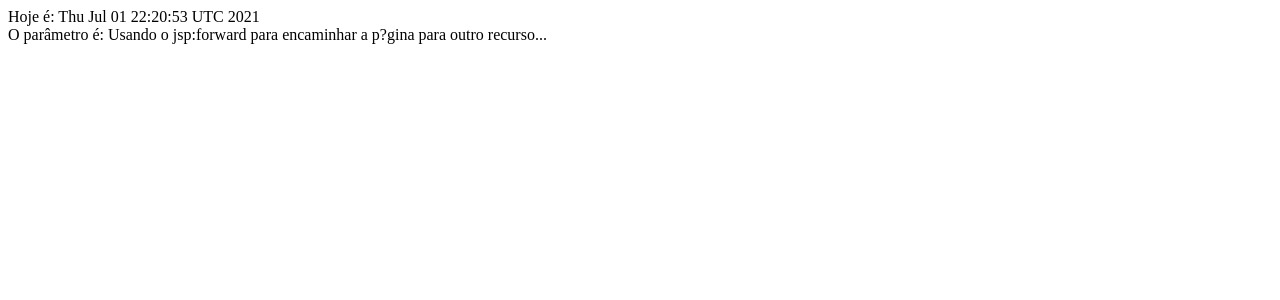
Repository: diegosena7/EstudosJSP
Page: http://localhost/UsandoTagForward_JSP/
These files come from the project's save history. The page is drawn as it stood at one moment and after the next save; the edit follows.
The browser window is 1280 px wide. The pictures show the whole page.
The page is served by Tomcat 9.

Above is the page before, as saved 2021-07-02 16:05:58.

### UsandoTagForward_JSP/WebContent/indexTagsDeAcao.jsp
<html lang="pt-br">
<head>
<meta charset="utf-8">
<title>JSP - Tags de Ação</title>
</head>
<body>
<h2>Index Page</h2>
<p>Neste exemplo, estamos encaminhando a solicitação/parâmetros através da tag jsp:forward para o arquivo informaDataHora.jsp
com parâmetro e o arquivo printdate.jsp imprime o valor do parâmetro com data e hora.</p>
<jsp:forward page="informaDataHora.jsp" >
<jsp:param name="name" value="Usando o jsp:forward para encaminhar a página para outro recurso..."/>
</jsp:forward>
</body>
</html>

### UsandoTagForward_JSP/WebContent/informaDataHora.jsp
<html lang="pt-br">
<head>
<meta charset="utf-8">
<title>JSP - Tags de Ação (Forward)</title>
</head>
<body>
<% out.print("Hoje é: " + java.util.Calendar.getInstance().getTime()); %>
<br/>
O parâmetro é: <%=request.getParameter("name") %>
</body>
</html>

After the next save:
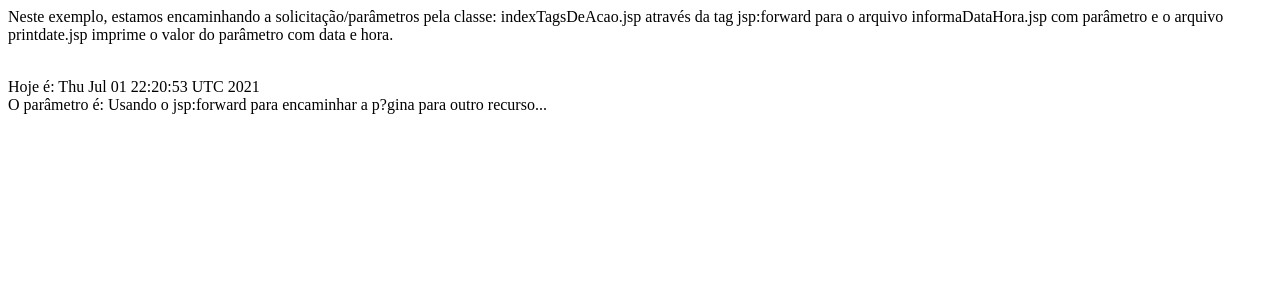
Saved 13 s later.
--- a/UsandoTagForward_JSP/WebContent/informaDataHora.jsp
+++ b/UsandoTagForward_JSP/WebContent/informaDataHora.jsp
@@ -4,6 +4,9 @@
 <title>JSP - Tags de Ação (Forward)</title>
 </head>
 <body>
+<p>Neste exemplo, estamos encaminhando a solicitação/parâmetros pela classe: indexTagsDeAcao.jsp através da tag jsp:forward para o arquivo informaDataHora.jsp com parâmetro
+e o arquivo printdate.jsp imprime o valor do parâmetro com data e hora.</p>
+<br>
 <% out.print("Hoje é: " + java.util.Calendar.getInstance().getTime()); %>
 <br/>
 O parâmetro é: <%=request.getParameter("name") %>
